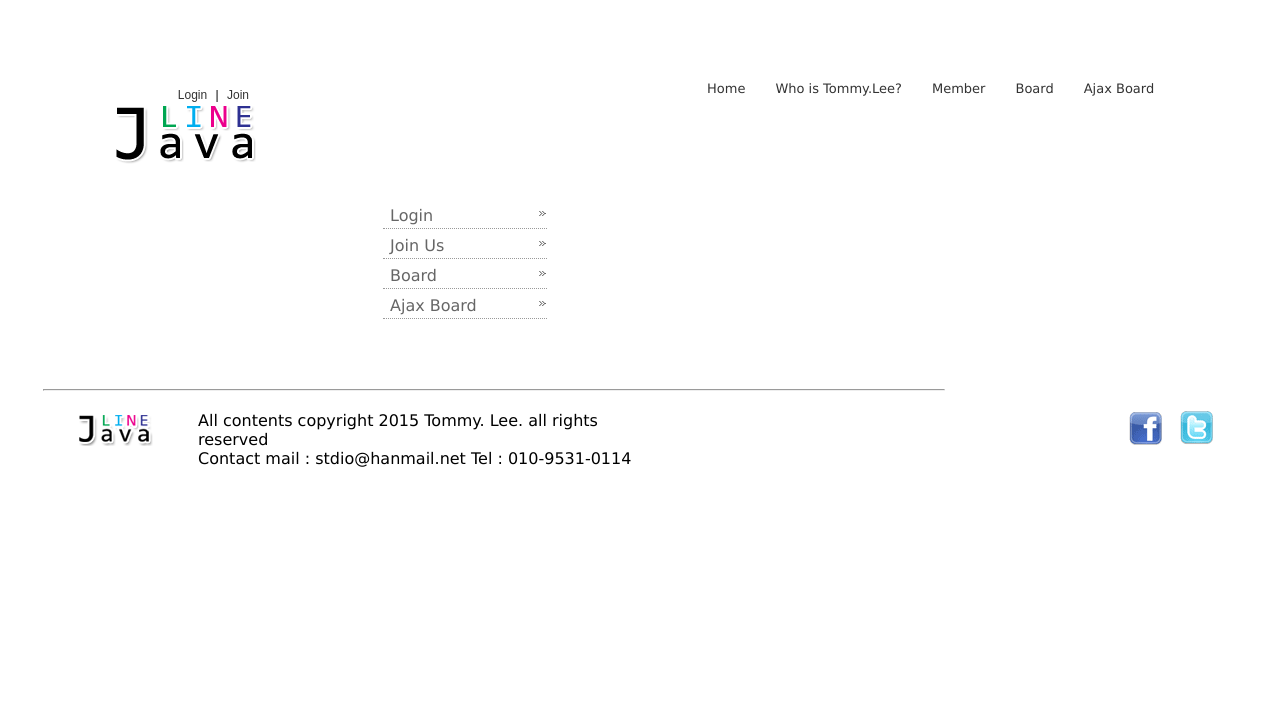
Repository: JIYEON25/HTML-CSS-JS
Page: http://localhost/myHTML/
The author's editor kept a copy of each file at every save. The page is drawn from the files as they stood at one save, then again after the next save.
The browser window is 1280 px wide. The pictures show the whole page.
The page is served by Tomcat 9.

Above is the page before, as saved 2023-09-06 06:43:32.

After the next save:
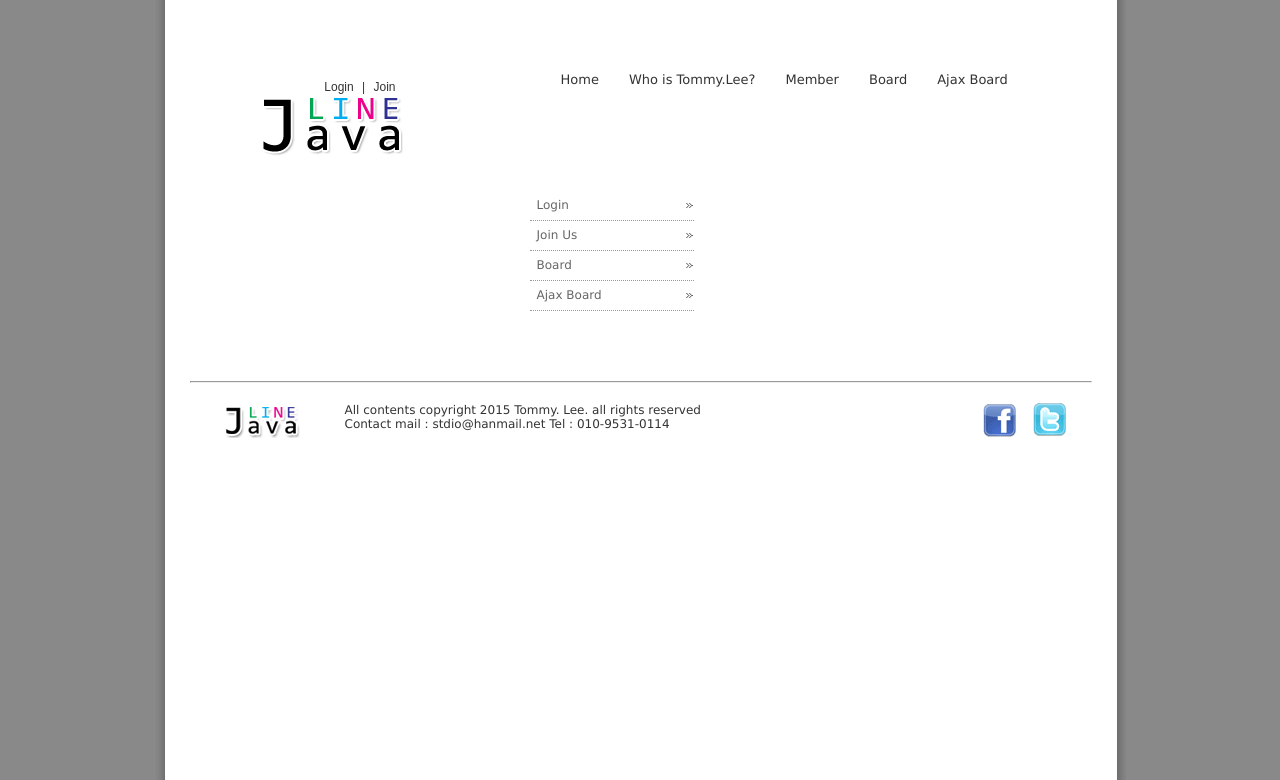
Saved 45 s later.
--- a/myJSP/myHTML/src/main/webapp/css/default.css
+++ b/myJSP/myHTML/src/main/webapp/css/default.css
@@ -1,8 +1,12 @@
 @charset "UTF-8";
 
+body{
+	background-color:#898989;
+	margin:0; padding:0; font-size:0.75em;
+	line-height:1.2em; color:#333;
+}
 
-
-#warp{
+#wrap{
 	width:971px; /*각 웹페이지의 크기에 맞게 사이즈 조정*/
 	text-align:left; margin:0;
 	margin-right:auto; margin-left: auto;
